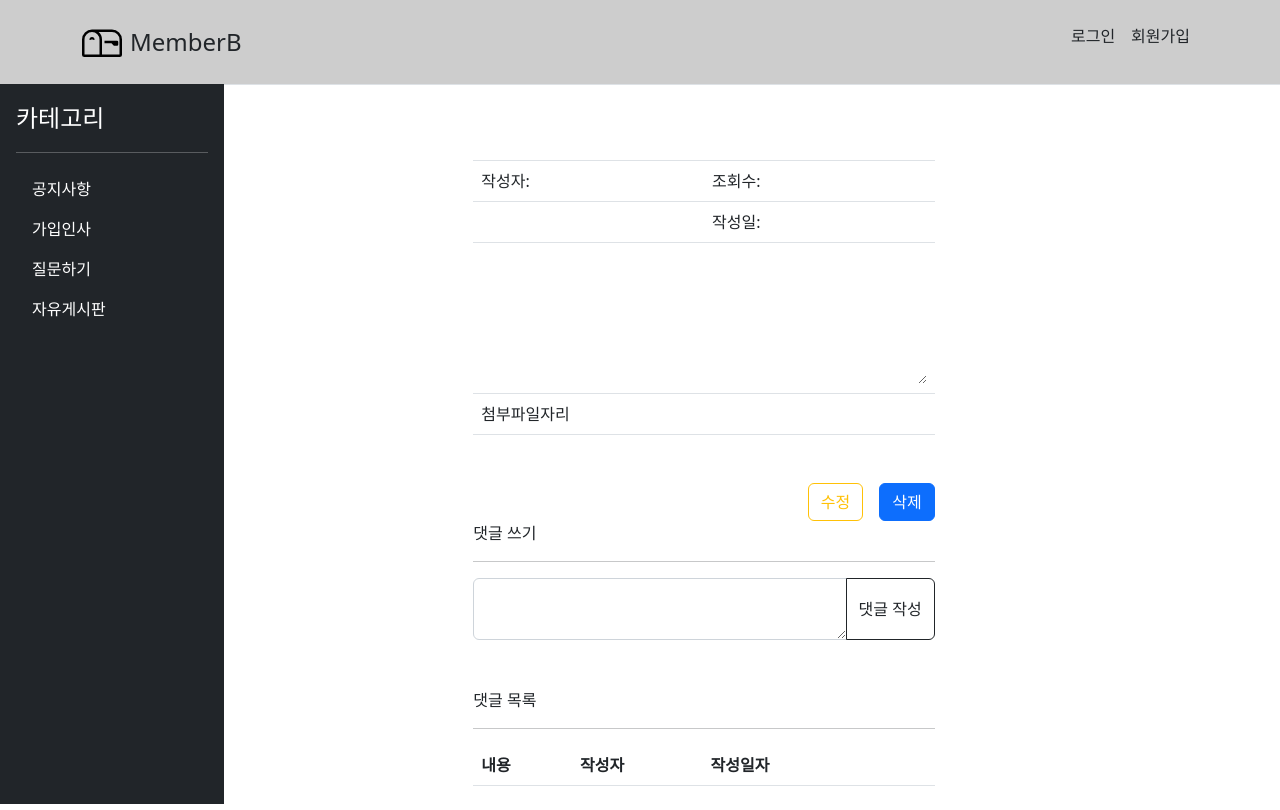
Repository: charmErin/board_220915
Page: http://localhost/board/WEB-INF/views/board/detail.jsp
These files come from the project's save history. The page is drawn as it stood at one moment and after the next save; the edit follows.
The browser window is 1280 px wide. The pictures show the whole page.
Some web libraries are served in a nearby version. The page is served by Tomcat 9. Nobody is signed in. Other server files are loaded and not shown. The template is opened directly, without the code that normally fills it, so the values that code supplies are empty.

Above is the page before, as saved 2022-09-16 07:47:10.

### board/src/main/webapp/WEB-INF/views/board/detail.jsp
<%@ page language="java" contentType="text/html; charset=UTF-8"
	pageEncoding="UTF-8"%>
<%@ taglib uri="http://java.sun.com/jsp/jstl/core" prefix="c"%>
<%@ taglib prefix="fmt" uri="http://java.sun.com/jsp/jstl/fmt"%>
<!DOCTYPE html>
<html>
<head>
<meta charset="UTF-8">
<script src="https://code.jquery.com/jquery-3.6.0.min.js"></script>
<script type="text/javascript"
	src="https://cdnjs.cloudflare.com/ajax/libs/moment.js/2.24.0/moment.min.js"></script>
<title>Insert title here</title>
<style>
.body-content {
	margin-top: 9rem;
	margin-left: 15rem;
	padding-left: 3rem;
	padding-right: 10rem;
}
</style>
</head>
<body>
	<%@include file="../layout/header.jsp"%>
	<div class="body-content">
		<div class="container col-7 my-4">
			<table class="table mb-5">
				<tr>
					<td colspan="2">${board.boardTitle}</td>
				</tr>
				<tr>
					<td>작성자: ${board.boardWriter}</td>
					<td>조회수: ${board.boardHits}</td>
				</tr>
				<tr>
					<td></td>
					<td colspan="2">작성일: <fmt:formatDate pattern="yyyy-MM-dd"
							value="${board.createdTime}"></fmt:formatDate></td>
				</tr>
				<tr>
					<td colspan="2"><textarea class="form-control-plaintext"
							rows="5">${board.boardContents}</textarea></td>
				</tr>
				<tr>
					<td colspan="2">첨부파일자리</td>
				</tr>
			</table>

			<div class="d-grid gap-2 d-md-flex justify-content-md-end">
			  <button class="btn btn-outline-warning me-md-2" type="button">수정</button>
			  <button class="btn btn-primary" type="button">삭제</button>
			</div>


			<span>댓글 쓰기</span>
			<hr>

			<div class="input-group mb-5">
				<textarea class="form-control" id="comment-contents"></textarea>
				<input class="btn btn-outline-dark" type="button"
					onclick="commentSave()" value="댓글 작성">
			</div>

			<span>댓글 목록</span>
			<hr>
			<div id="comment-list">
				<table class="table">
					<tr>
						<th>내용</th>
						<th>작성자</th>
						<th>작성일자</th>
						<th></th>
						<th></th>
					</tr>
					<c:forEach var="comment" items="${commentList}">
						<tr id="comment_${comment.id}">
							<td id="contents_${comment.id}">${comment.commentContents}</td>
							<td id="writer_${comment.id}">${comment.commentWriter}</td>
							<td id="createdTime_${comment.id}"><fmt:formatDate pattern="yyyy-MM-dd HH:mm:ss"
									value="${comment.createdTime}"></fmt:formatDate></td>
							<c:choose>
								<c:when test="${sessionScope.id eq comment.memberId}">
									<td id="updateBtn_${comment.id}"><button class="btn btn-outline-info" type="button"
											onclick="commentUpdateForm('${comment.id}', '${comment.commentContents}')">수정</button></td>
									<td id="deleteBtn_${comment.id}"><button class="btn btn-outline-danger" type="button"
											onclick="commentDelete('${comment.id}')">삭제</button></td>
								</c:when>
								<c:otherwise>
									<c:choose>
										<c:when test="${sessionScope.loginId eq 'admin'}">
											<td></td>
											<td><button class="btn btn-outline-danger" type="button"
													onclick="commentDelete('${comment.id}')">삭제</button></td>
										</c:when>
										<c:otherwise>
											<td colspan="2"></td>
										</c:otherwise>
									</c:choose>
								</c:otherwise>
							</c:choose>
						</tr>
					</c:forEach>
				</table>
			</div>
		</div>
	</div>
</body>
<script>
	const commentSave = () => {
		const boardId = '${board.id}';
		const memberId = '${sessionScope.id}';
		const commentWriter = '${sessionScope.memberName}';
		const commentContents = document.getElementById("comment-contents").value;
		const loginId = '${sessionScope.loginId}';
		const commentList = document.getElementById("comment-list");

		$.ajax({
			type: "post",
			url: "/comment/save",
			data: {"boardId": boardId, "memberId": memberId, "commentWriter": commentWriter, "commentContents": commentContents},
			dataType: "json",
			success: function(result) {
				let output = '<table class="table">'
							+ '	<tr>'
							+ '		<th>내용</th>'
							+ '		<th>작성자</th>'
							+ '		<th>작성일자</th>'
							+ '		<th></th>'
							+ '		<th></th>'
							+ '	</tr>';

				for (let i in result) {
					output += '	<tr>'
							+ '		<td>' + result[i].commentContents + '</td>'
							+ '		<td>' + result[i].commentWriter + '</td>'
							+ '		<td>' + moment(result[i].createdTime).format("YYYY-MM-DD HH:mm:ss") + '</td>';

					if (memberId == result[i].memberId) {
						output += '<td><button class="btn btn-outline-info" type="button" onclick="commentUpdateForm((' + result[i].id + ')">수정</button></td>'
								+ '<td><button class="btn btn-outline-danger" type="button" onclick="commentDelete(' + result[i].id + ')">삭제</button></td>';

					} else {
						if (loginId == 'admin') {
							output += '<td></td>'
									+ '<td><button class="btn btn-outline-danger" type="button" onclick="commentDelete(' + result[i].id + ')">삭제</button></td>';
						} else {
							output += '	<td></td>'
									+ '	<td></td>';
						}
					}
					output += '	</tr>';

				}
				output += '</table>';

				commentList.innerHTML = output;
				document.getElementById("comment-contents").innerHTML = "";
			}
		});
	}

	const commentDelete = (id) => {
		const boardId = '${board.id}';
		const memberId = '${sessionScope.id}';
		const loginId = '${sessionScope.loginId}';
		const commentList = document.getElementById("comment-list");

		$.ajax({
			type: "post",
			url: "/comment",
			data: {"id": id, "boardId": boardId},
			dataType: "json",
			success: function(result) {
				let output = '<table class="table">'
							+ '	<tr>'
							+ '		<th>내용</th>'
							+ '		<th>작성자</th>'
							+ '		<th>작성일자</th>'
							+ '		<th></th>'
							+ '		<th></th>'
							+ '	</tr>';

				for (let i in result) {
					output += '	<tr>'
							+ '		<td>' + result[i].commentContents + '</td>'
							+ '		<td>' + result[i].commentWriter + '</td>'
							+ '		<td>' + moment(result[i].createdTime).format("YYYY-MM-DD HH:mm:ss") + '</td>';

					if (memberId == result[i].memberId) {
						output += '<td><button class="btn btn-outline-info" type="button" onclick="commentUpdateForm((' + result[i].id + ')">수정</button></td>'
								+ '<td><button class="btn btn-outline-danger" type="button" onclick="commentDelete(' + result[i].id + ')">삭제</button></td>';

					} else {
						if (loginId == 'admin') {
							output += '<td></td>'
									+ '<td><button class="btn btn-outline-danger" type="button" onclick="commentDelete(' + result[i].id + ')">삭제</button></td>';
						} else {
							output += '	<td></td>'
									+ '	<td></td>';
						}
					}
					output += '	</tr>';

				}
				output += '</table>';

				commentList.innerHTML = output;
			}
		});
	}


	let rawComment = null;

	const commentUpdateForm = (id, commentContents) => {
		const comment = document.getElementById("comment_" + id);
		rawComment = document.getElementById("comment_" + id).innerHTML;

		let output = '<td colspan="3"><textarea class="form-control" id="new-contents">' + commentContents + '</textarea></td>'
					+ '<td><button type="button" class="btn btn-dark" onclick="commentUpdate(' + "'" + id + "')" + '">수정</button></td>'
					+ '<td><button type="button" class="btn btn-outline-danger" onclick="commentCancel(' + id + ')">취소</button></td>';

		comment.innerHTML = output;
	}

	const commentUpdate = (id) => {
		const newContents = document.getElementById("new-contents").value;
		const boardId = '${board.id}';
		const memberId = '${sessionScope.id}';
		const loginId = '${sessionScope.loginId}';
		const commentList = document.getElementById("comment-list");

		$.ajax({
			type: "post",
			url: "/comment/update",
			data: {"id": id, "boardId": boardId, "commentContents": newContents},
			dataType: "json",
			success: function(result) {
				let output = '<table class="table">'
					+ '	<tr>'
					+ '		<th>내용</th>'
					+ '		<th>작성자</th>'
					+ '		<th>작성일자</th>'
					+ '		<th></th>'
					+ '		<th></th>'
					+ '	</tr>';

			for (let i in result) {
				output += '	<tr>'
						+ '		<td>' + result[i].commentContents + '</td>'
						+ '		<td>' + result[i].commentWriter + '</td>'
						+ '		<td>' + moment(result[i].createdTime).format("YYYY-MM-DD HH:mm:ss") + '</td>';

				if (memberId == result[i].memberId) {
					output += '<td><button class="btn btn-outline-info" type="button" onclick="commentUpdateForm((' + result[i].id + ')">수정</button></td>'
							+ '<td><button class="btn btn-outline-danger" type="button" onclick="commentDelete(' + result[i].id + ')">삭제</button></td>';

				} else {
					if (loginId == 'admin') {
						output += '<td></td>'
								+ '<td><button class="btn btn-outline-danger" type="button" onclick="commentDelete(' + result[i].id + ')">삭제</button></td>';
					} else {
						output += '	<td></td>'
								+ '	<td></td>';
					}
				}
				output += '	</tr>';

			}
			output += '</table>';

			commentList.innerHTML = output;
			}
		});
	}

	const commentCancel = (id) => {
		document.getElementById("comment_" + id).innerHTML = rawComment;
	}
</script>
</html>

### board/src/main/webapp/WEB-INF/views/layout/header.jsp
<%@ page language="java" contentType="text/html; charset=UTF-8"
    pageEncoding="UTF-8"%>
<%@ taglib uri="http://java.sun.com/jsp/jstl/core" prefix="c" %>
<%@ taglib prefix="fmt" uri="http://java.sun.com/jsp/jstl/fmt" %>
<!DOCTYPE html>
<html>
<head>
<meta charset="UTF-8">
<link href="https://cdn.jsdelivr.net/npm/bootstrap@5.2.1/dist/css/bootstrap.min.css" rel="stylesheet" integrity="sha384-iYQeCzEYFbKjA/T2uDLTpkwGzCiq6soy8tYaI1GyVh/UjpbCx/TYkiZhlZB6+fzT" crossorigin="anonymous">
<title>Insert title here</title>
<style>
	header {
		background: #CDCDCD;
	}

	.side-bar {
		width: 14rem;
		height: 100%;
		margin-top: 1rem;
		position: fixed;
		display: inline !important;
	}
</style>
</head>
<body>
	<header class="py-3 border-bottom header-fix fixed-top">
		<div class="container d-flex flex-wrap justify-content-center">
			<a href="/" class="d-flex align-items-center mb-3 mb-lg-0 me-lg-auto text-dark text-decoration-none">
				<img src="../../../resources/svg/mailbox.svg" width="40" height="40">
				<span class="fs-4 m-2">
					MemberB
				</span>
			</a>

			<div>
				<c:choose>
					<c:when test="${sessionScope.id == null}">
						<ul class="nav">
							<li class="nav-item">
								<a href="/member/login-form" class="nav-link link-dark px-2">로그인</a>
							</li>
							<li class="nav-item">
								<a href="/member/save-form" class="nav-link link-dark px-2">회원가입</a>
							</li>
						</ul>
					</c:when>
					<c:otherwise>
						<ul class="nav">
							<li class="nav-item">
								<a href="/member/detail/${sessionScope.id}" class="nav-link link-dark px-2">${sessionScope.memberName}</a>
							</li>
							<c:if test="${sessionScope.loginId eq 'admin'}">
								<li class="nav-item">
									<a href="/member/findAll" class="nav-link link-dark px-2">회원목록</a>
								</li>
							</c:if>
							<li class="nav-item">
								<a href="/member/logout" class="nav-link link-dark px-2">로그아웃</a>
							</li>
						</ul>
					</c:otherwise>
				</c:choose>
			</div>
		</div>
		<div class="d-flex flex-column flex-shrink-0 p-3 text-bg-dark side-bar">
			<span class="fs-4">카테고리</span>
			<hr>
			<ul class="nav nav-pills flex-column mb-auto">
				<li class="nav-item">
					<a href="/board/1" class="nav-link text-white">공지사항</a>
				</li>
				<li>
					<a href="/board/2" class="nav-link text-white">가입인사</a>
				</li>
				<li>
					<a href="/board/3" class="nav-link text-white">질문하기</a>
				</li>
				<li>
					<a href="/board/4" class="nav-link text-white">자유게시판</a>
				</li>
			</ul>
		</div>
	</header>
</body>
</html>

### board/src/main/webapp/resources/svg/mailbox.svg
<svg xmlns="http://www.w3.org/2000/svg" width="16" height="16" fill="currentColor" class="bi bi-mailbox" viewBox="0 0 16 16">
  <path d="M4 4a3 3 0 0 0-3 3v6h6V7a3 3 0 0 0-3-3zm0-1h8a4 4 0 0 1 4 4v6a1 1 0 0 1-1 1H1a1 1 0 0 1-1-1V7a4 4 0 0 1 4-4zm2.646 1A3.99 3.99 0 0 1 8 7v6h7V7a3 3 0 0 0-3-3H6.646z"/>
  <path d="M11.793 8.5H9v-1h5a.5.5 0 0 1 .5.5v1a.5.5 0 0 1-.5.5h-1a.5.5 0 0 1-.354-.146l-.853-.854zM5 7c0 .552-.448 0-1 0s-1 .552-1 0a1 1 0 0 1 2 0z"/>
</svg>

After the next save:
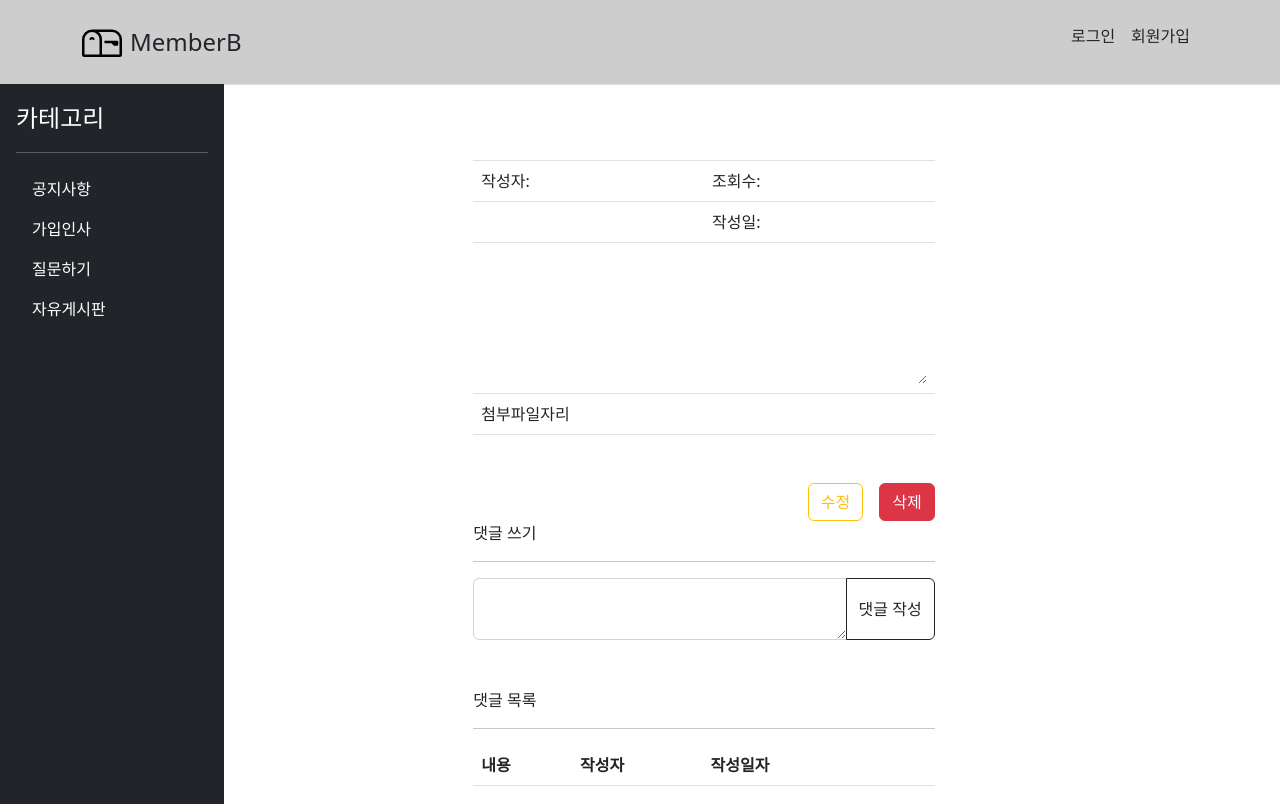
Saved 6 s later.
--- a/board/src/main/webapp/WEB-INF/views/board/detail.jsp
+++ b/board/src/main/webapp/WEB-INF/views/board/detail.jsp
@@ -47,7 +47,7 @@
 
 			<div class="d-grid gap-2 d-md-flex justify-content-md-end">
 			  <button class="btn btn-outline-warning me-md-2" type="button">수정</button>
-			  <button class="btn btn-primary" type="button">삭제</button>
+			  <button class="btn btn-danger" type="button">삭제</button>
 			</div>
 
 
